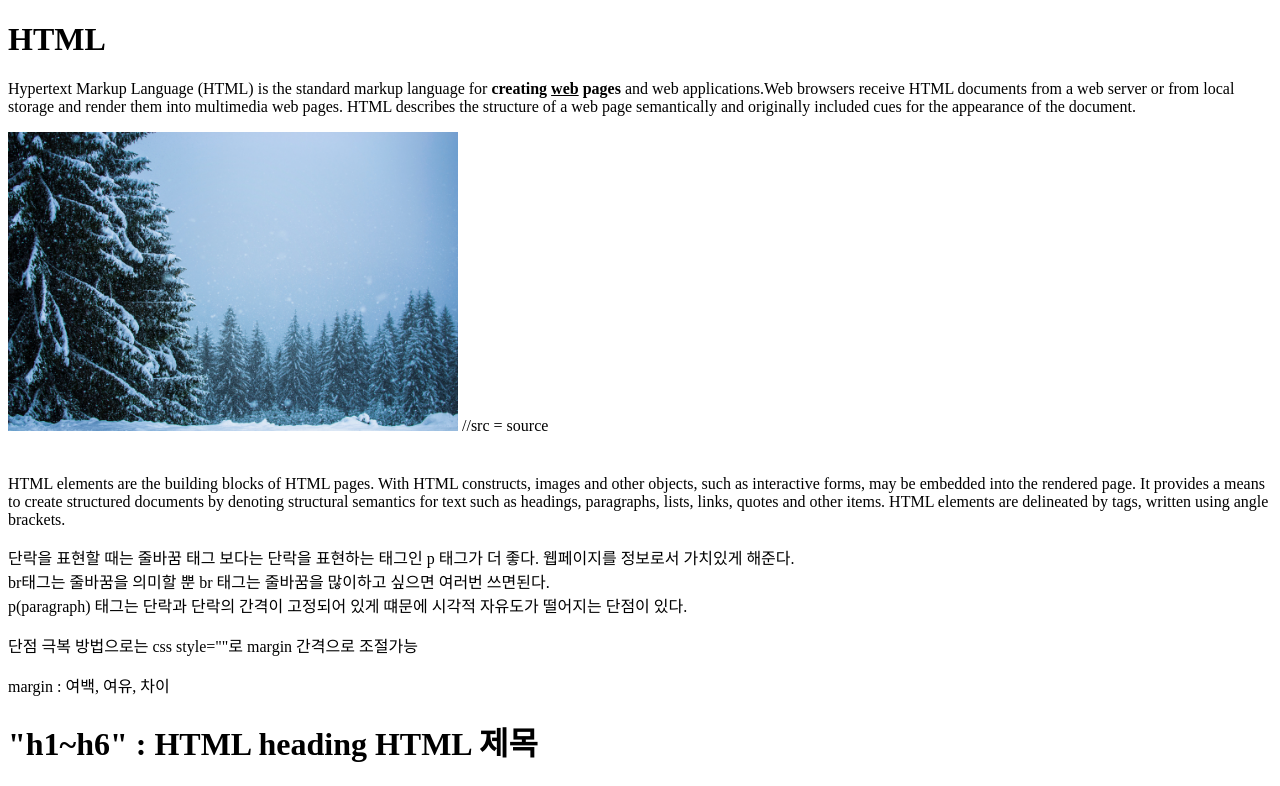
Repository: winterer4/Web-1
Page: HTML5/1.html
These files come from the project's save history. The page is drawn as it stood at one moment and after the next save; the edit follows.
The browser window is 1280 px wide. The pictures show the whole page.

Above is the page before, as saved 2018-10-25 08:01:21.

### HTML5/1.html
<!DOCTYPE html>
<html>
<head>
<meta charset="UTF-8">
<title>Insert title here</title>
</head>
<body>
	<h1>HTML</h1>
	<p>
		Hypertext Markup Language (HTML) is the standard markup language for <strong>creating
			<u>web</u> pages
		</strong> and web applications.Web browsers receive HTML documents from a web
		server or from local storage and render them into multimedia web
		pages. HTML describes the structure of a web page semantically and
		originally included cues for the appearance of the document.
	</p>
	<img src ="one.jpg" width="450">
	//src = source
	<p style="margin-top: 40px;">HTML elements are the building blocks
		of HTML pages. With HTML constructs, images and other objects, such as
		interactive forms, may be embedded into the rendered page. It provides
		a means to create structured documents by denoting structural
		semantics for text such as headings, paragraphs, lists, links, quotes
		and other items. HTML elements are delineated by tags, written using
		angle brackets.</p>







	단락을 표현할 때는 줄바꿈 태그 보다는 단락을 표현하는 태그인 p 태그가 더 좋다. 웹페이지를 정보로서 가치있게 해준다.
	<br> br태그는 줄바꿈을 의미할 뿐 br 태그는 줄바꿈을 많이하고 싶으면 여러번 쓰면된다.
	<br> p(paragraph) 태그는 단락과 단락의 간격이 고정되어 있게 떄문에 시각적 자유도가 떨어지는 단점이 있다.
	<p> 단점 극복 방법으로는 css style=""로 margin 간격으로 조절가능</p>
	 margin : 여백, 여유, 차이
</body>

<h1>"h1~h6" : HTML heading HTML 제목</h1>




</html>

After the next save:
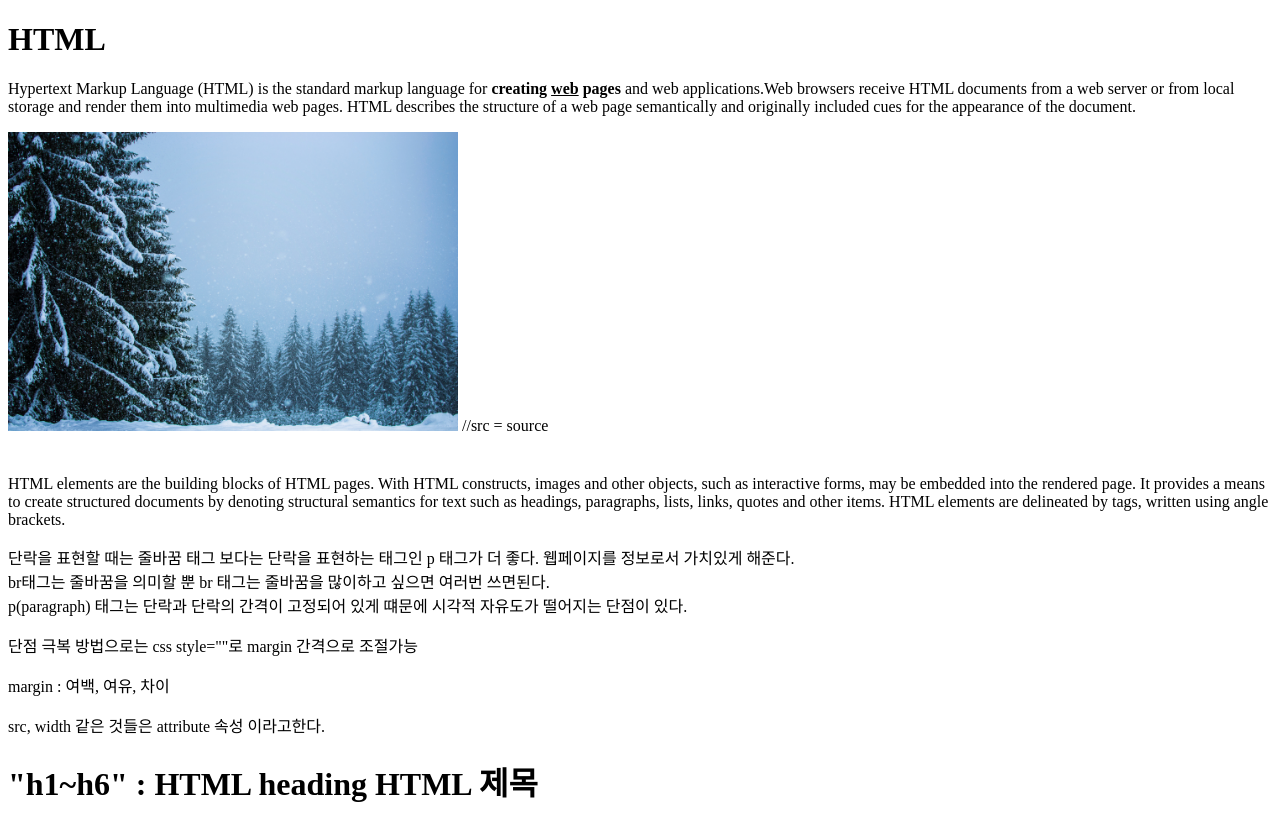
Saved 4 min 58 s later.
--- a/HTML5/1.html
+++ b/HTML5/1.html
@@ -35,6 +35,7 @@
 	<br> p(paragraph) 태그는 단락과 단락의 간격이 고정되어 있게 떄문에 시각적 자유도가 떨어지는 단점이 있다.
 	<p> 단점 극복 방법으로는 css style=""로 margin 간격으로 조절가능</p>
 	 margin : 여백, 여유, 차이
+	 <p> src, width 같은 것들은 attribute 속성 이라고한다.</p>
 </body>
 
 <h1>"h1~h6" : HTML heading HTML 제목</h1>
